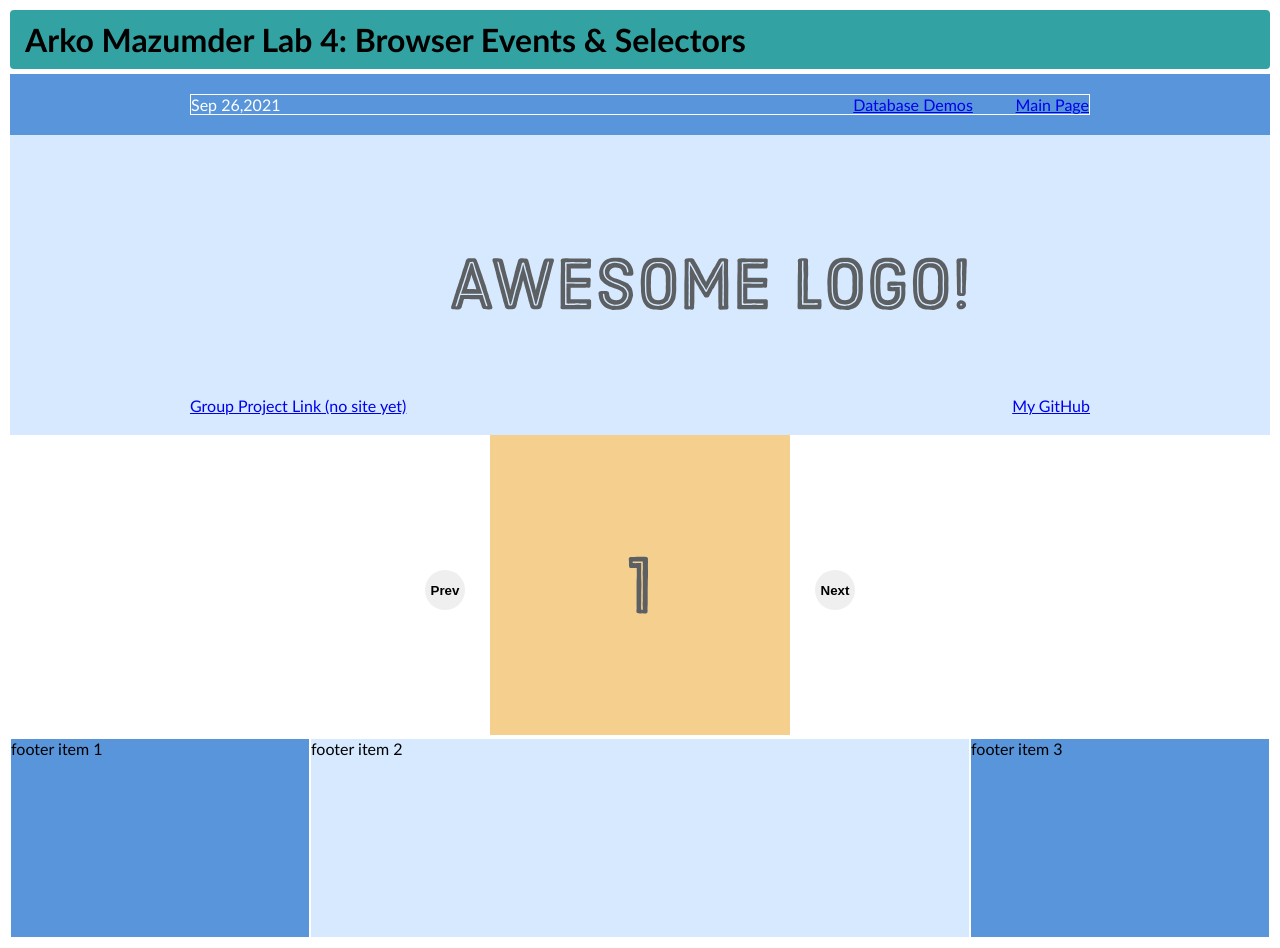
Repository: arkomz/INST377-Lab-Work
Page: client/lab_4/index.html
These files come from the project's save history. The page is drawn as it stood at one moment and after the next save; the edit follows.
The browser window is 1280 px wide. The pictures show the whole page.

Above is the page before, as saved 2021-09-26 21:48:15.

### client/lab_4/index.html
<!DOCTYPE html>
<html lang='en'>
  <head>
    <meta charset='UTF-8'/>
    <meta name = 'viewport'
    content='width=device-width, initial-scale=1.0, maximum-scale=0.5' />
    <title>Arko Mazumder</title>
    <link rel='stylesheet' href='styles.css'/>
  </head>
  <body>

    <div class = 'wrapper'>
    <h1 class='title'> Arko Mazumder Lab 4: Browser Events & Selectors</h1>
    <div class='menu-container'>
      <div class='menu'>
        <div class='date'>Sep 26,2021</div>

        <div class='signup'> <a href = 'data.html'> Database Demos</a> </div>
        <div class='login'> <a href = 'index.html'> Main Page</a> </div>

      </div>
      </div>

      <div class='header-container'>
            <div class='header'>
            <div class='subscribe'> <a href =  "https://INST377Group4.com"> Group Project Link (no site yet)</a></div>
            <div class='logo'><img src='images/awesome-logo.svg'/></div>
            <div class='social'> <a href = "https://github.com/arkomz"> My GitHub </a> </div>
          </div>
        </div>

    <div class='photo-grid-container'>
              <div class='photo-grid'>
                <div class="carousel">
                <div class="carousel__item carousel__item--visible">
                    <img src='images/one.svg'/>
                  </div>
                <div class='carousel__item'>
                    <img src='images/two.svg'/>
                  </div>
                <div class='carousel__item'>
                    <img src='images/three.svg'/>
                  </div>
                <div class='carousel__item'>
                  <img src='images/four.svg'/>
                </div>
                <div class='carousel__item'>
                  <img src='images/five.svg'/>

                </div>
              </div>
            </div>


    <div class="carousel__actions">
        <button id="carousel__button--prev" aria-label="Previous slide">Prev</button>
        <button id="carousel__button--next" aria-label="Next slide">Next</button>
        </div>
    </div>



            <div class='footer'>
            <div class='footer-item Footer One footer-one'> footer item 1</div>
            <div class='footer-item footer-two'> footer item 2</div>
            <div class='footer-item footer-three'> footer item 3</div>
          </div>

    </div>
  </body>
  <script src= "script.js"></script>

### client/lab_4/styles.css
* {
    margin: 0;
    padding: 0;
    box-sizing: border-box;
  }

  .wrapper {
    display:flex;
    flex-direction: column;
    font-family: ‘Segoe UI’, Candara, ‘Bitstream Vera Sans’, ‘DejaVu Sans’, ‘Bitsream Vera Sans’, ‘Trebuchet MS’, Verdana, ‘Verdana Ref’, sans-serif;
    margin:10px;
  }


  .title{
    display: inline-block;
    background-color: rgba(0,139, 139,0.8);
    border-radius: 4px;
    padding: 10px 15px;
    margin: 0;
    margin-bottom: 5px;
  }

  .menu-container {
    color: #fff;
    background-color: #5995DA;  /* Blue */
    padding: 20px 0;
    display: flex;
    justify-content: center;
  }

  .menu {
    border: 1px solid #fff;
    width: 900px;
    display: flex;
    justify-content: space-between;
  }

  .links {
    border: 1px solid #fff;  /* For debugging */
    display: flex;
    justify-content: flex-end;
  }

  .login {
    margin-left: 20px;
  }

  .header-container {
    color: #5995DA;
    background-color: #D6E9FE;
    display: flex;
    justify-content: center;
  }

  .header {
    width: 900px;
    height: 300px;
    display: flex;
    justify-content: space-between;
    align-items: center;
  }

  .photo-grid-container {
    display: flex;
    justify-content: center;
  }

  .photo-grid {
    width: 900px;
    display: flex;
    justify-content: center;
    flex-wrap: wrap;
    flex-direction: row;
    align-items: center;
  }

  .photo-grid-item {
    border: 1px solid #fff;
    width: 300px;
    height: 300px;
  }

  .first-item {
    order: 1;
  }

  .last-item {
    order: -1;
  }

  .social,
  .subscribe {
    align-self: flex-end;
    margin-bottom: 20px;
    }

    .footer {
        display: flex;
        justify-content: space-between;
      }

  .footer-item {
    border: 1px solid #fff;
    background-color: #D6E9FE;
    height: 200px;
    flex: 1;
  }

  .footer-three {
    flex: 2;
  }

  .footer-one,
  .footer-three {
    background-color: #5995DA;
    flex: initial;
    width: 300px;
  }

  .signup {
    margin-left: 550px;
  }

  .carousel {
    overflow: hidden;
    max-width: 600px;
    position: relative;
  }

  .carousel .carousel__item,
  .carousel .carousel__item--hidden {
    display: none;
  }

  .carousel .carousel__item img {
    width: 100%;
    max-width: 600px;
    height: auto;
  }

  .carousel .carousel__item--visible {
    display: block;
    animation: fadeVisibility 0.5s;
  }

  .carousel__actions {
    display: flex;
    width: 430px;
    justify-content: space-between;
    position: absolute;
    top: 590px;
    transform: translateY(-50%);
  }

  .carousel__actions button {
    border-radius: 50px;
    border: 0;
    font-weight: bold;
    cursor: pointer;
    width: 40px;
    height: 40px;
  }

  .carousel .carousel__actions button#carousel__button--prev {
    margin-left: 20px;
  }

  .carousel .carousel__actions button#carousel__button--next {
    margin-right: 20px;
  }

  @keyframes fadeVisibility {
    0% {
      opacity: 0;
    }
    100% {
      opacity: 1;
      transform: opacity linear;
    }
  }

### client/lab_4/script.js
let slidePosition = 0;
const slides = document.getElementsByClassName('carousel__item');
const totalSlides = slides.length;

document.
  getElementById('carousel__button--next')
  .addEventListener("click", function() {
    moveToNextSlide();
  });
document.
  getElementById('carousel__button--prev')
  .addEventListener("click", function() {
    moveToPrevSlide();
  });

function updateSlidePosition() {
  for (let slide of slides) {
    slide.classList.remove('carousel__item--visible');
    slide.classList.add('carousel__item--hidden');
  }

  slides[slidePosition].classList.add('carousel__item--visible');
}

function moveToNextSlide() {
  if (slidePosition === totalSlides - 1) {
    slidePosition = 0;
  } else {
    slidePosition++;
  }

  updateSlidePosition();
}

function moveToPrevSlide() {
  if (slidePosition === 0) {
    slidePosition = totalSlides - 1;
  } else {
    slidePosition--;
  }

  updateSlidePosition();
}

After the next save:
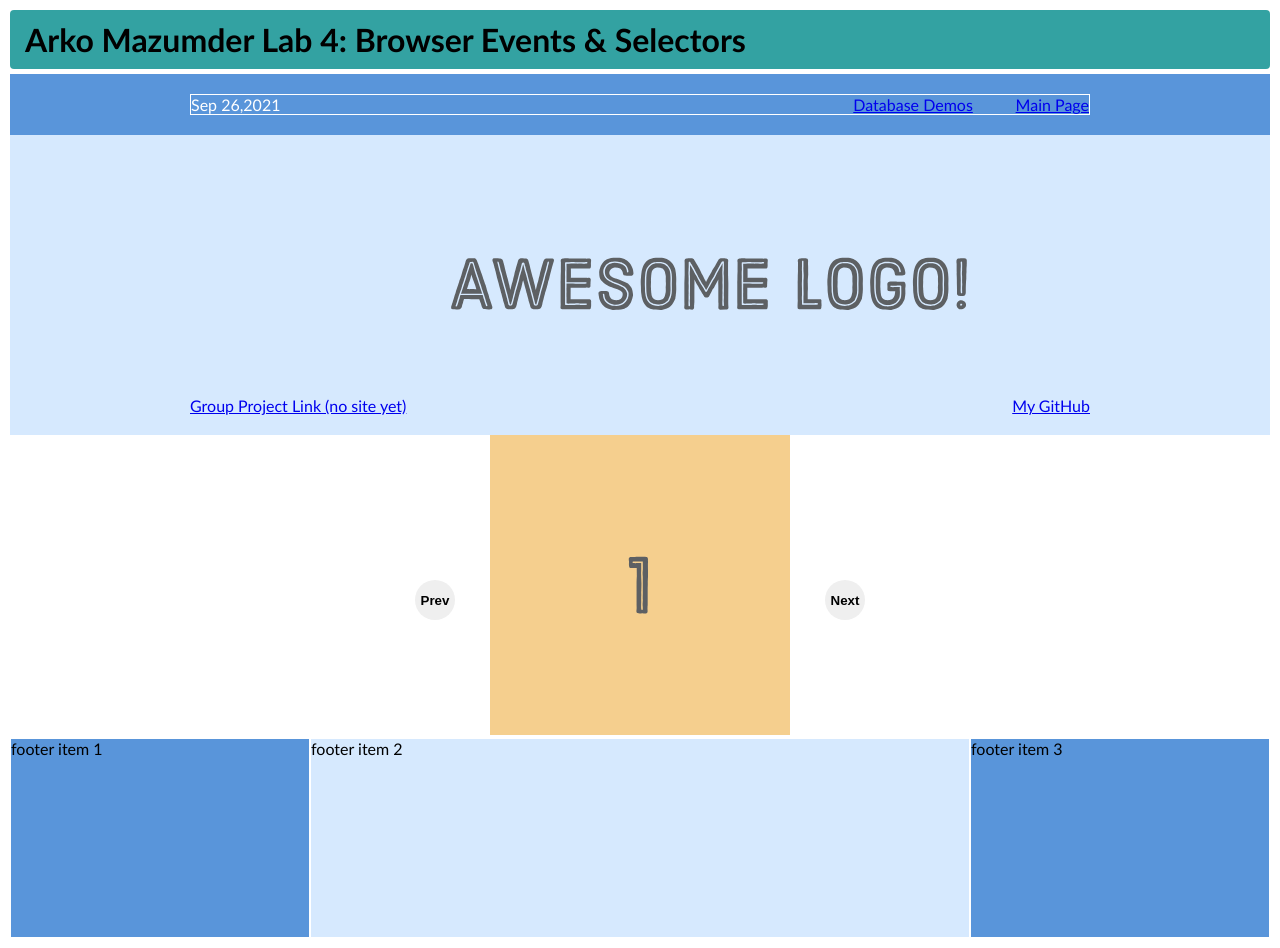
Saved 17 s later.
--- a/client/lab_4/styles.css
+++ b/client/lab_4/styles.css
@@ -146,10 +146,10 @@
 
   .carousel__actions {
     display: flex;
-    width: 430px;
+    width: 450px;
     justify-content: space-between;
     position: absolute;
-    top: 590px;
+    top: 600px;
     transform: translateY(-50%);
   }
 
